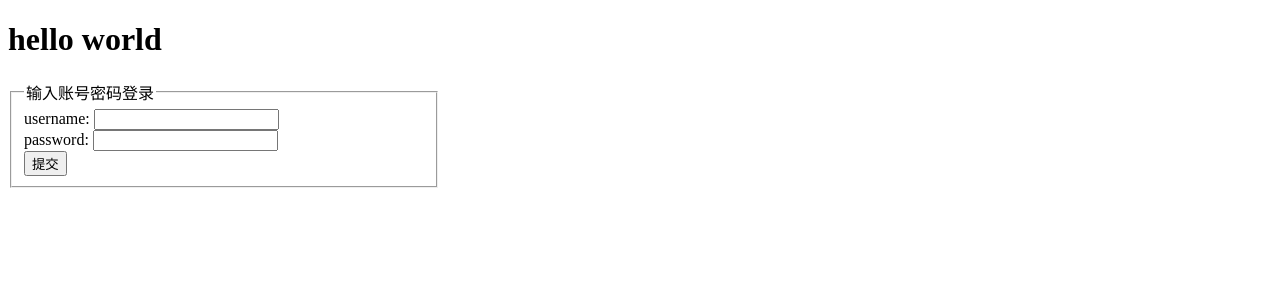
Repository: jarvanstack/vscode
Page: HTML/demo.html
The author's editor kept a copy of each file at every save. The page is drawn from the files as they stood at one save, then again after the next save.
The browser window is 1280 px wide. The pictures show the whole page.

Above is the page before, as saved 2020-06-15 17:11:51.

### HTML/demo.html
<!DOCTYPE html>
<html lang="en">
<head>
    <meta charset="UTF-8">
    <meta name="viewport" content="width=device-width, initial-scale=1.0">
    <title>hello</title>
    <style>
        fieldset
        {
            width: 400px;
        }
    </style>
</head>
<body>
    <h1>hello world</h1>
    <form action="post">
        <fieldset>
            <legend>输入账号密码登录</legend>
            <span>
                username: <input type="text" name="username">
            </span>
            <br>
            <span>
                password: <input type="password" name="password">
            </span>
            <br>
            <span>
                <input type="button" value="提交">
            </span>
        </fieldset>
    </form>
</body>
</html>

After the next save:
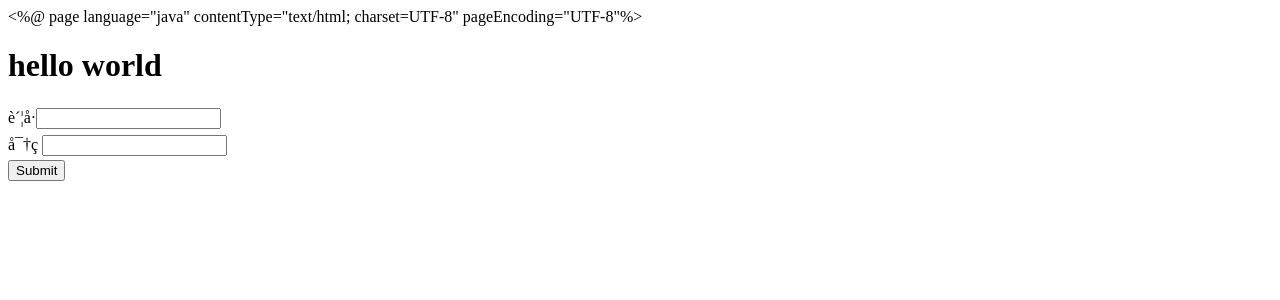
Saved 2 h 42 min later.
--- a/HTML/demo.html
+++ b/HTML/demo.html
@@ -1,33 +1,11 @@
+<%@ page language="java" contentType="text/html; charset=UTF-8"
+         pageEncoding="UTF-8"%>
 <!DOCTYPE html>
-<html lang="en">
-<head>
-    <meta charset="UTF-8">
-    <meta name="viewport" content="width=device-width, initial-scale=1.0">
-    <title>hello</title>
-    <style>
-        fieldset
-        {
-            width: 400px;
-        }
-    </style>
-</head>
-<body>
-    <h1>hello world</h1>
-    <form action="post">
-        <fieldset>
-            <legend>输入账号密码登录</legend>
-            <span>
-                username: <input type="text" name="username">
-            </span>
-            <br>
-            <span>
-                password: <input type="password" name="password">
-            </span>
-            <br>
-            <span>
-                <input type="button" value="提交">
-            </span>
-        </fieldset>
+<html>
+<h1>hello world</h1>
+    <form action="" method="post">
+        账号<input type="text" name="username"><br>
+        密码<input type="password" name="password"><br>
+        <input type="submit">
     </form>
-</body>
 </html>
